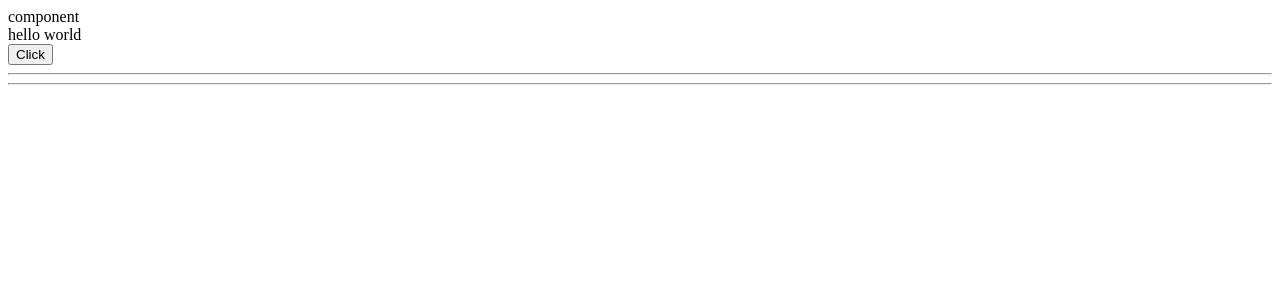
Repository: RyuGeunHwan/code_J
Page: Vuejs/22-08-10 vuejs Vue컴포넌트.html
These files come from the project's save history. The page is drawn as it stood at one moment and after the next save; the edit follows.
The browser window is 1280 px wide. The pictures show the whole page.

Above is the page before, as saved 2022-08-10 13:52:19.

### Vuejs/22-08-10 vuejs Vue컴포넌트.html
<!DOCTYPE html>
<html lang="en">
<head>
    <meta charset="UTF-8">
    <meta http-equiv="X-UA-Compatible" content="IE=edge">
    <meta name="viewport" content="width=device-width, initial-scale=1.0">
    <title>Vue 컴포넌트 전역등록 방법 및 사용</title>
    <script src="https://cdn.jsdelivr.net/npm/vue/dist/vue.js"></script>
</head>
<body>
    <div id="app">
        <!-- {{name}} <br>
         button을 누르게 되면 #app-1의 name인 app-1이 app updated로 바뀌게된다. Vue인스턴스를 변수에 넣어서 사용하였기 때문에.
        <button @click="changeText">Click</button> -->
        <!-- component의 사용은 설정해주었던 이름을 태그로 사용해주면 된다. -->
        <kossie-button></kossie-button>
    </div>
    <hr><hr>


    <!-- <div id="app-1"> -->
        <!-- {{name}} <br>
        <button @click="changeText">Click</button> -->
    <!-- </div>
    <kossie-button></kossie-button>
    </div> -->


    <script>
        //vue인스턴스가 생성되기전에 Vue.component생성
        Vue.component('hello-world',{
            template:`<div>hello world</div>`
        })
        // 완성된 component는 전역으로 등록이 된것이다.
        Vue.component('kossie-button',{
            //template안에는 html태그가 들어가게된다.
            template:
            //template는 하나의 태그안에 모든 콘텐츠들이 있어야한다는 vue의 규칙이 있다.
            `
            <div>
                {{name}} <br>
                <hello-world></hello-world>
                <button @click="changeText">Click</button>
            </div>
            `,

            //컴포넌트 만들때 함수를 만들어서 Object를 return 해주면 된다.
            data(){
                return{
                    name: 'component'
                }
            },
            methods:{
                changeText(){
                    this.name = 'app updated'
               }
            }
        });
        const app = new Vue({
            el: '#app',
            // data:{
            //   name: 'app'
            // },
            // methods:{
            //     changeText(){
            //         this.name = 'app updated'
            //    }
            // }
        })

    //    const app1 = new Vue({
    //         el: '#app-1',
    //         // data:{
    //         //   name: 'app-1'
    //         // },
    //         // methods:{
    //         //    changeText(){
    //         //         this.name = 'app-1 updated'
    //         //    }
    //         // }
    //     })
    </script>
</body>
</html>

After the next save:
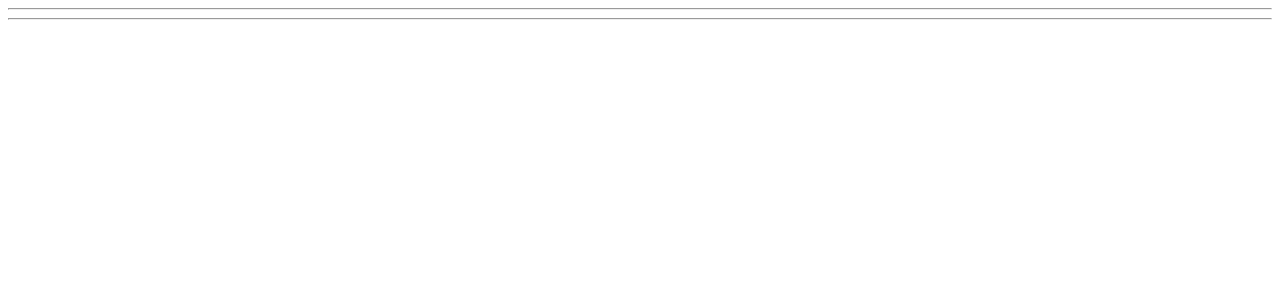
Console error: SyntaxError: Unexpected token '.'
Saved 92 s later.
--- a/Vuejs/22-08-10 vuejs Vue컴포넌트.html
+++ b/Vuejs/22-08-10 vuejs Vue컴포넌트.html
@@ -56,6 +56,11 @@
                }
             }
         });
+
+        const KossieButton = {
+            this.name = 'app update';
+        }
+
         const app = new Vue({
             el: '#app',
             // data:{

After the 2 saves that followed:
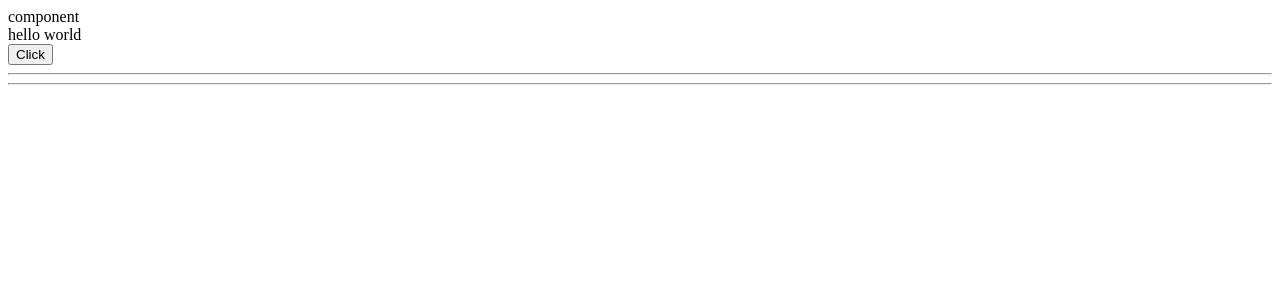
The error is gone.
The 2 saves are shown as one change because 1 left the picture as it was.
The last was saved 9 min 34 s later.
--- a/Vuejs/22-08-10 vuejs Vue컴포넌트.html
+++ b/Vuejs/22-08-10 vuejs Vue컴포넌트.html
@@ -58,7 +58,24 @@
         });
 
         const KossieButton = {
-            this.name = 'app update';
+            template:
+            `
+            <div>
+                {{name}} <br>
+                <hello-world></hello-world>
+                <button @click="changeText">Click</button>
+            </div>
+            `,
+            data(){
+                return{
+                    name: 'component'
+                }
+            },
+            methods:{
+                changeText(){
+                    this.name = 'app updated'
+               }
+            }
         }
 
         const app = new Vue({
